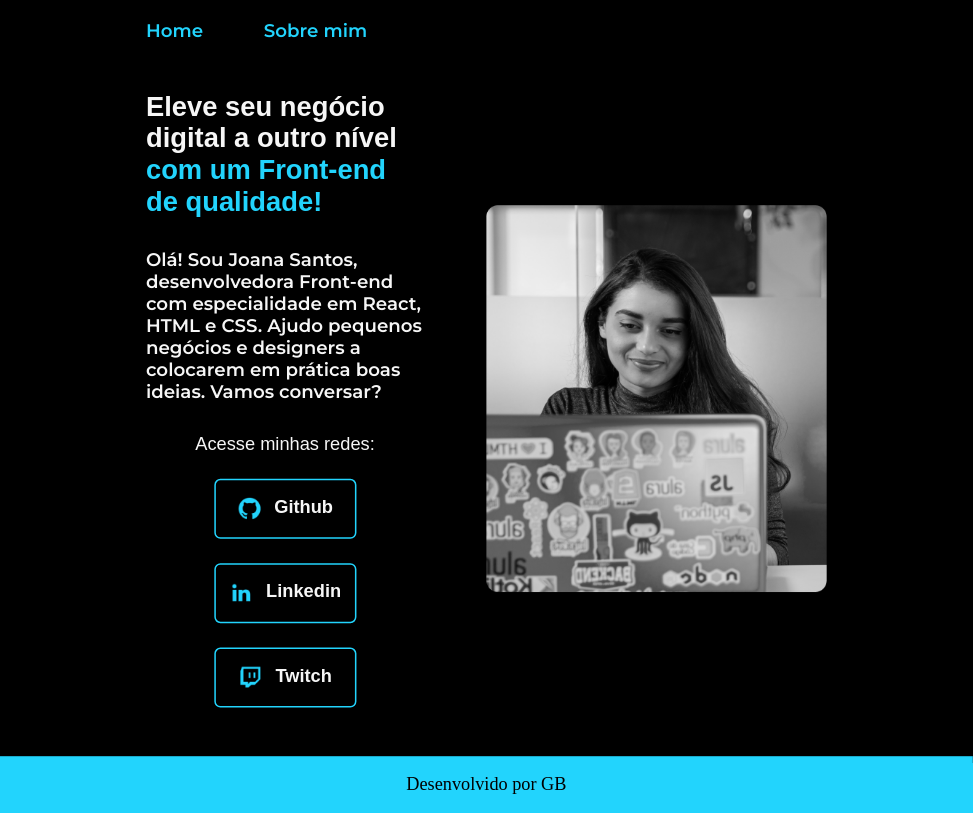
Repository: YoungAkira/CursoHtmlCss
Page: index.html
An editor plug-in stored every save of this project. The page is shown before and after the next save, followed by the edit.
The browser window is 1280 px wide. The pictures show the whole page, at 76% of full size.
Some web fonts or font styles are not loaded; a fallback is used.

Above is the page before, as saved 2023-05-24 12:55:38.

After the next save:
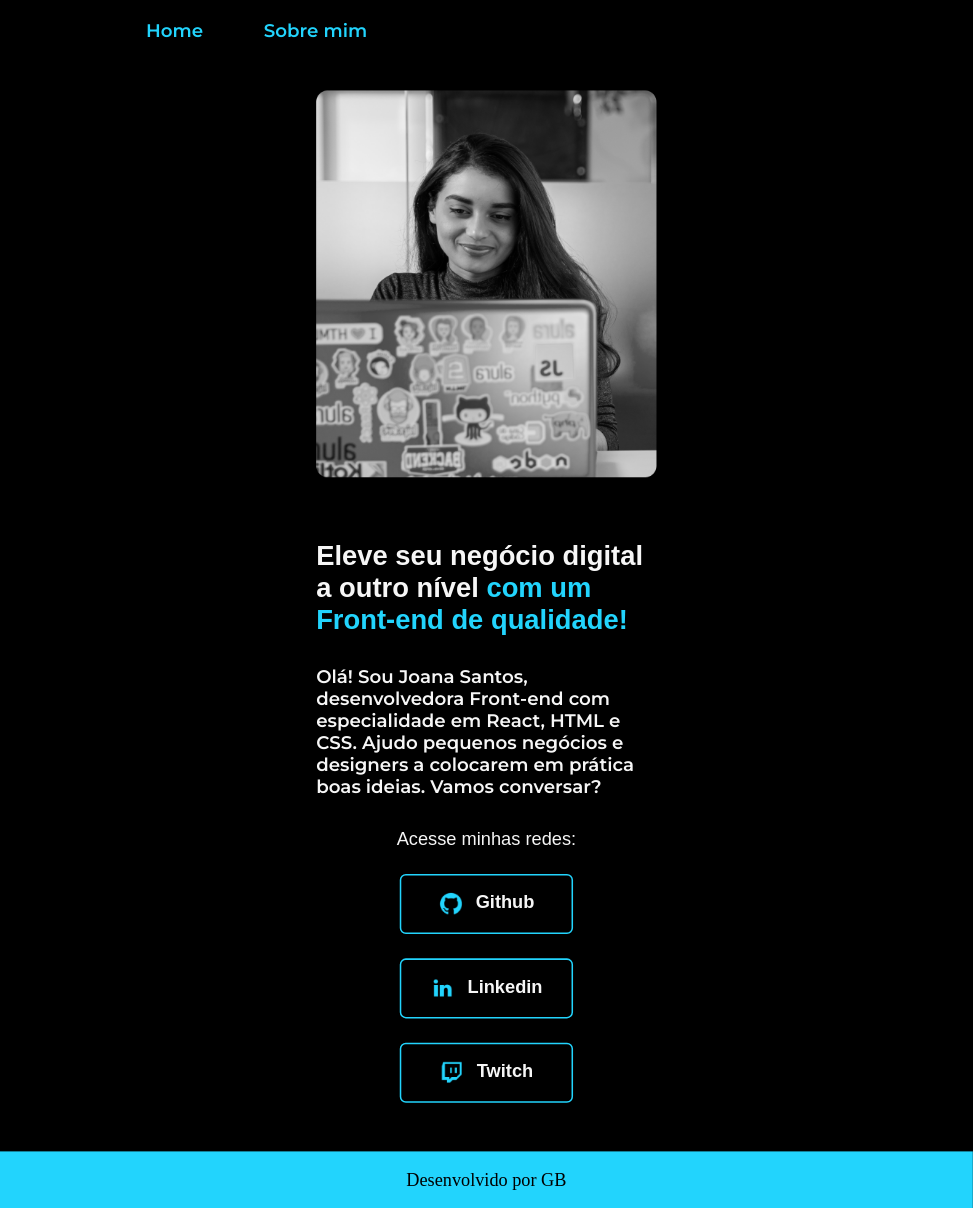
Saved 41 s later.
--- a/style/style.css
+++ b/style/style.css
@@ -52,6 +52,7 @@
     justify-content: space-between;
     padding: 5% 15%;
     gap: 82px;
+    flex-direction: column-reverse;
 }
 
 

After the save that followed:
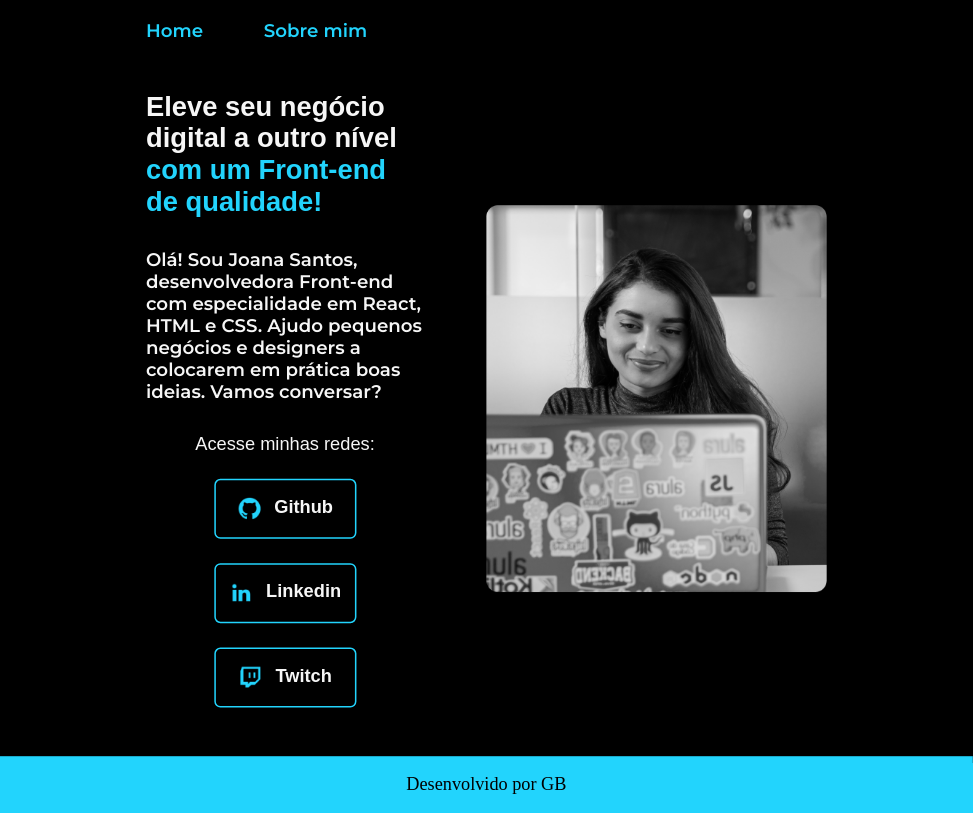
Saved 39 s later.
--- a/style/style.css
+++ b/style/style.css
@@ -52,7 +52,7 @@
     justify-content: space-between;
     padding: 5% 15%;
     gap: 82px;
-    flex-direction: column-reverse;
+
 }
 
 
@@ -143,5 +143,5 @@
 @media (max-widht: 1200px){
     .apresentacao{
         flex-direction: column-reverse;
-    }
+ }
 }
